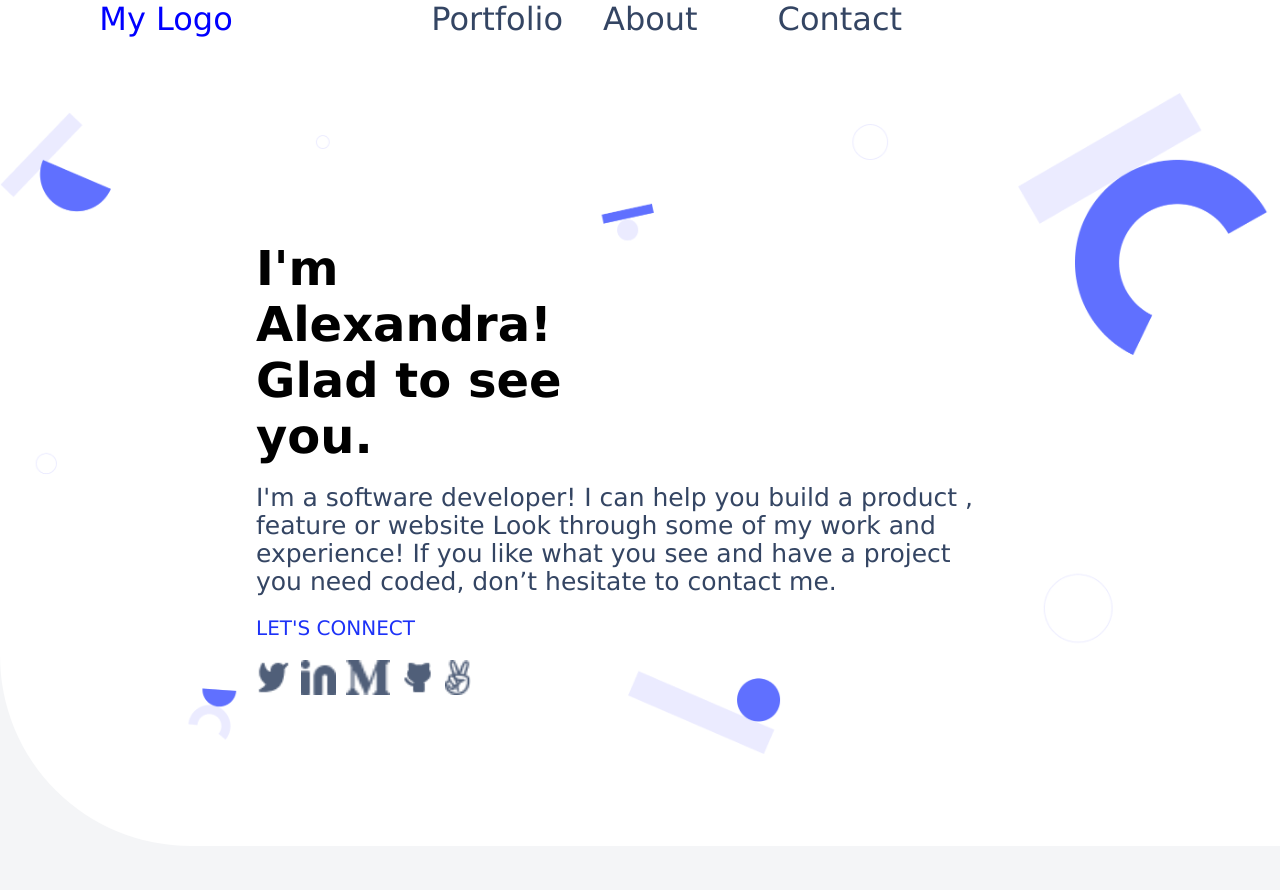
Repository: usman3123/portfolio-template-3
Page: portfolio.html
An editor plug-in stored every save of this project. The page is shown before and after the next save, followed by the edit.
The browser window is 1280 px wide. The pictures show the whole page.
Some web libraries are served in a nearby version.

Above is the page before, as saved 2025-01-23 22:42:03.

After the next save:
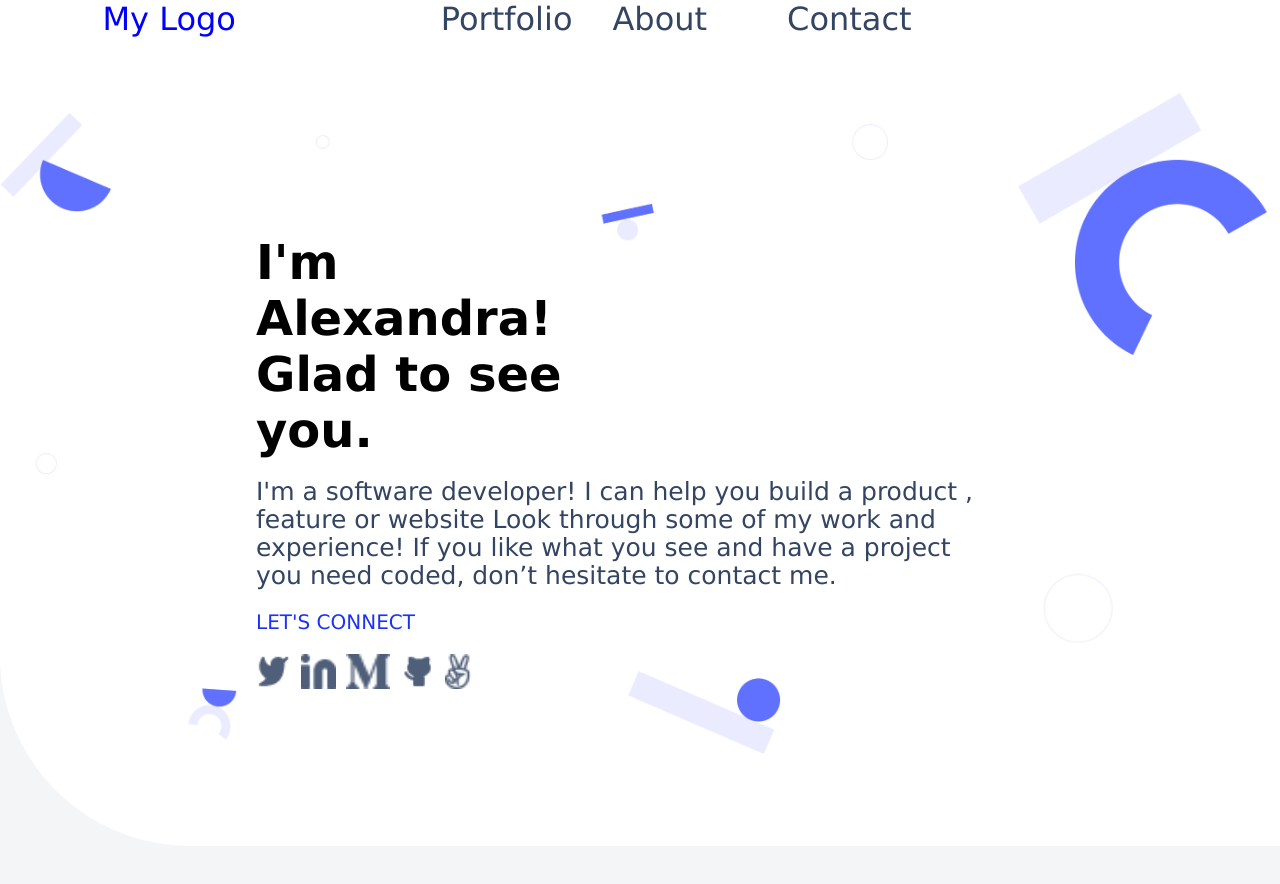
Saved 2 min 37 s later.
--- a/portfolio.html
+++ b/portfolio.html
@@ -28,7 +28,7 @@
         <a href="#myabout" style="text-decoration: none;" class="link">About<a>
         <a href="#mycontact" style="text-decoration: none;" class="link">Contact<a>
       </div>
-      <img src="/assets/Enabled.png" alt="img" class="enabled">
+      <i class="fa-solid fa-light fa-bars fa-xl nav-icon flex" style="color: #ffffff;"></i>
     </nav>
    </div>
 
